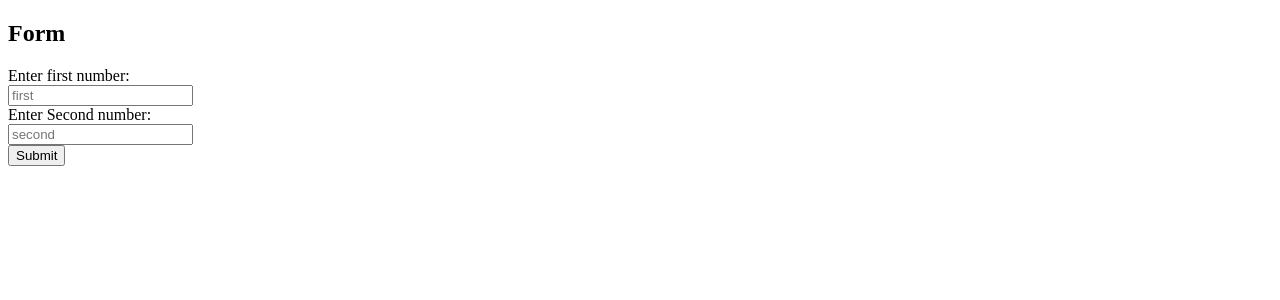
Repository: satvikagrasani/Spring-WorkSpace
Page: SpringMVC/WebAppDemo/FirstWebApp/src/main/webapp/index.html
An editor plug-in stored every save of this project. The page is shown before and after the next save, followed by the edit.
The browser window is 1280 px wide. The pictures show the whole page.

Above is the page before, as saved 2023-08-21 04:42:54.

After the next save:
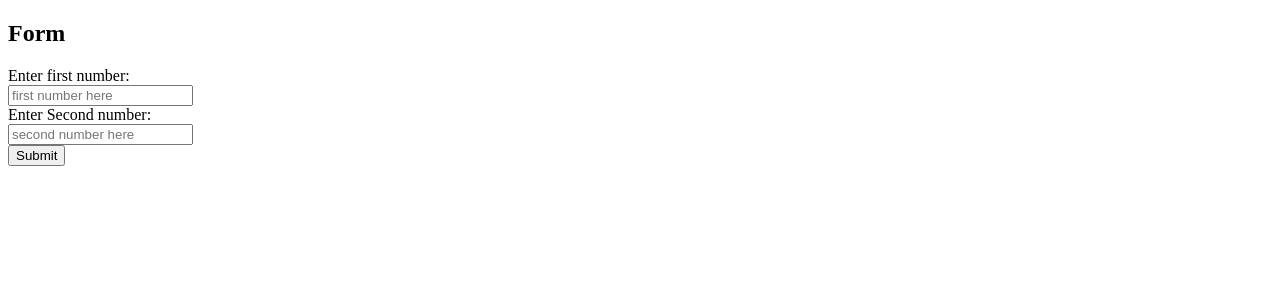
Saved 4 min 16 s later.
--- a/SpringMVC/WebAppDemo/FirstWebApp/src/main/webapp/index.html
+++ b/SpringMVC/WebAppDemo/FirstWebApp/src/main/webapp/index.html
@@ -8,9 +8,9 @@
 	<h2> Form</h2>
 	<form action="add">
 		<label>Enter first number:</label><br>
-		<input type="text" placeholder="first"/><br>
+		<input type="text" name="num1" placeholder="first number here"/><br>
 		<label>Enter Second number:</label><br>
-		<input type="text" placeholder="second"/><br>
+		<input type="text" name="num2" placeholder="second number here"/><br>
 		<input type="submit" value="Submit"/>
 	</form>
 
